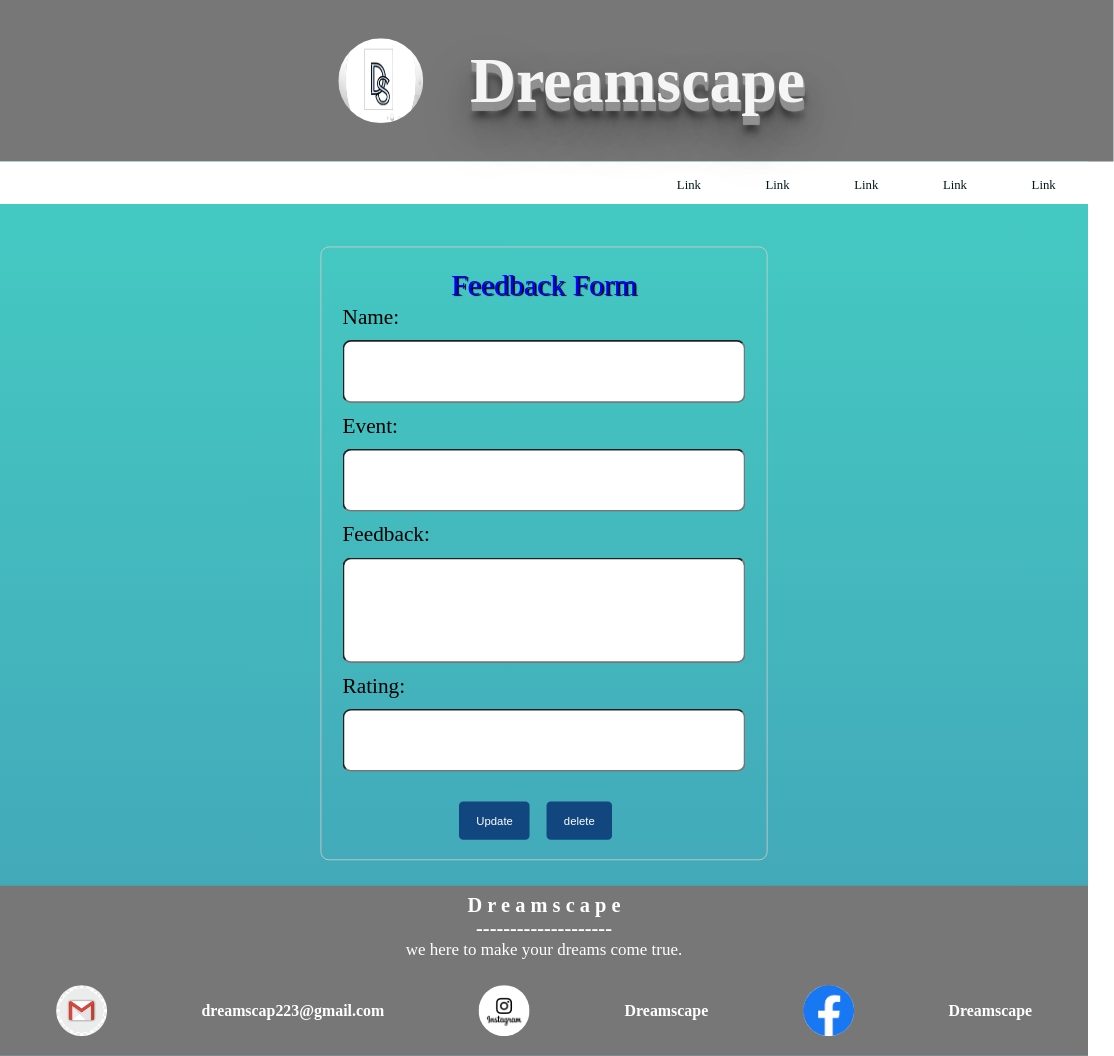
Repository: Dulankayapa/2ndyearoopprojrct
Page: http://localhost/feedback/Success.jsp
An editor plug-in stored every save of this project. The page is shown before and after the next save, followed by the edit.
The browser window is 1280 px wide. The page is 1310 px wide, so the pictures cover 1310 px, including what lies to the right of the window. The pictures show the whole page, at 85% of full size.
The page is served by Tomcat 9. Nobody is signed in. The application's start-up code is not run. Other server files are loaded and not shown.

Above is the page before, as saved 2023-10-21 15:52:04.

### feedback/src/main/webapp/Success.jsp
<%@ page language="java" contentType="text/html; charset=ISO-8859-1"
	pageEncoding="ISO-8859-1"%>
<!DOCTYPE html>
<html>
<head>
<title>Feedback Form</title>
<style>
* {
	margin: 0;
	padding: 0;
}

body {
	font-family: "Times New Roman", serif;
	background-image: linear-gradient(to bottom, #45d3c5, rgb(66, 161, 183));
	background-repeat: no-repeat;
	background-size: cover;
	width: 100vw;
}

/*header*/
.header {
	padding: 10px 15px;
	width: 100%;
	font-size: 50px;
	height: 170px;
	justify-content: center;
	background-color: #777;
	display: flex;
	align-items: center;
	color: #f5f5f5;
	text-shadow: 1px 1px 1px #919191, 1px 2px 1px #919191, 1px 3px 1px
		#919191, 1px 4px 1px #919191, 1px 5px 1px #919191, 1px 6px 1px #919191,
		1px 7px 1px #919191, 1px 8px 1px #919191, 1px 9px 1px #919191, 1px
		10px 1px #919191, 1px 18px 6px rgba(16, 16, 16, 0.4), 1px 22px 10px
		rgba(16, 16, 16, 0.2), 1px 25px 35px rgba(16, 16, 16, 0.2), 1px 30px
		60px rgba(16, 16, 16, 0.4);
	display: flex;
	align-items: center;
}

.imge {
	padding: 5px 5px;
	border-radius: 50%;
	margin-left: 30px;
	margin-right: 50px;
}

/* navigation bar */
.topnav {
	overflow: hidden;
	background-color: white;
	height: 50px;
	list-style-type: none;
	margin: 0px;
	width: 100%;
}
/*  topnav links style */
.topnav a {
	float: right;
	display: block;
	color: #011719;
	text-align: center;
	text-decoration: none;
	padding: 14px 18px;
	margin: 5px 20px;
	font-size: 15px;
}

/* Change color on hover */
.topnav a:hover {
	background-color: #072326;
	color: white;
}

/* topic styel*/
h1 {
	font-family: Times New Roman;
	font-weight: bolder;
	font-size: 45px;
	padding-top: 50px;
	padding-left: 30px;
	margin-left: 20px;
	text-align: left;
	text-transform: capitalize;
	color: #f5f5f5;
	text-align: left;
}

.maincon {
	display: flex;
	justify-content: center;
}

.container {
	max-width: 500px;
	margin-top: 50px;
	padding: 25px;
	border: 1px solid #ccc;
	border-radius: 10px;
	font-size: 25px;
	height: 670px;
}

label, input, textarea {
	display: flex;
	margin-bottom: 10px;
	width: 450px;
	padding-top: 3px;
	border-radius: 10px;
}

input {
	height: 50px;
	padding: 10px;
}

input {
	padding: 10px;
}

label {
	padding-bottom: 3px;
}

button {
	background-color: #12467e;
	color: #ffffff;
	border: none;
	padding: 15px 20px;
	border-radius: 5px;
	cursor: default;
	text-align: center !important;
	margin-top: 25px;
}

button:hover {
	background-color: #0d2f5a;
}

button a {
	color: white;
}

/* Style the footer */
footer {
	height: 170px;
	padding: 10px;
	text-align: center;
	color: white;
	background-color: #777;
	margin-top: 30px;
	padding-top: 10px;
	padding-bottom: 20px;
}

footer img {
	border-radius: 50%;
}

footer p {
	font-size: 20px;
	margin-bottom: 30px;
}

.footcon {
	display: flex;
	align-items: center;
	justify-content: space-around;
	justify-items: center;
}

.imgbox {
	display: flex;
	flex-direction: column;
	justify-items: center;
}
</style>
</head>
<body>

	<div class="header">
		<img class="imge" src="logo1.png" width="100px" height="100px">
		<h2>Dreamscape</h2>
	</div>
	<div class="topnav">
		<a href="#">Link</a> <a href="#">Link</a> <a href="#">Link</a> <a
			href="#">Link</a> <a href="#">Link</a>
	</div>

	<div class="maincon">
		<div class="container">

			<p
				style="text-align: center; color: blue; font-size: 35px; text-shadow: 2px 1px 1px #060606">Feedback
				Form</p>

			<form action="#" method="post">

				<c:set var="name" value="${name}" />
				<c:set var="event" value="${event}" />
				<c:set var="feedback" value="${feedback}" />
				<c:set var="rating" value="${rating}" />

				<!-- update inserted data -->
				<c:url value="updatefb.jsp" var="updatefb">

					<c:param name="name" value="${name}" />
					<c:param name="event" value="${event}" />
					<c:param name="feedback" value="${feedback}" />
					<c:param name="rating" value="${rating }" />

				</c:url>

				<!-- Delete inserted data -->
				<c:url value="fbdelete.jsp" var="fbdelete">
					<c:param name="name" value="${name}" />
					<c:param name="event" value="${event}" />
					<c:param name="feedback" value="${feedback}" />
					<c:param name="rating" value="${rating }" />

				</c:url>



				<label for="name">Name:</label> <input type="text" readonly id="name"
					name="name" value="${name }" /> <label for="event">Event:</label>
				<input type="text" readonly id="event" name="event" value="${event }" /> <label
					for="message">Feedback:</label> <input type="text" readonly
					style="height: 100px;" name="feedback" value="${feedback }">

				<label for="rating">Rating:</label> <input type="text" readonly id="rating"
					name="rating" value="${rating }" />


				<div style="display: flex; justify-content: center;">
					<a href="${updatefb}">
						<button type="button" style="margin-right: 20px">Update</button>
					</a> <a href="${fbdelete}">
						<button type="button" style="margin-right: 20px">delete</button>
					</a>
				</div>
			</form>
		</div>
	</div>


	<div>
		<footer>
			<h2>
				D r e a m s c a p e <br />--------------------
			</h2>

			<p>we here to make your dreams come true.</p>
			<div class="footcon">
				<img class="image" src="mail.jpg" width="60px" height="60px" />
				<h3>dreamscap223@gmail.com</h3>
				<img class="image" src="inster.jpg" width="60px" height="60px" />
				<h3>Dreamscape</h3>
				<img class="image" src="fb.png" width="60px" height="60px" />
				<h3>Dreamscape</h3>
			</div>
		</footer>

	</div>
</body>
</html>

After the next save:
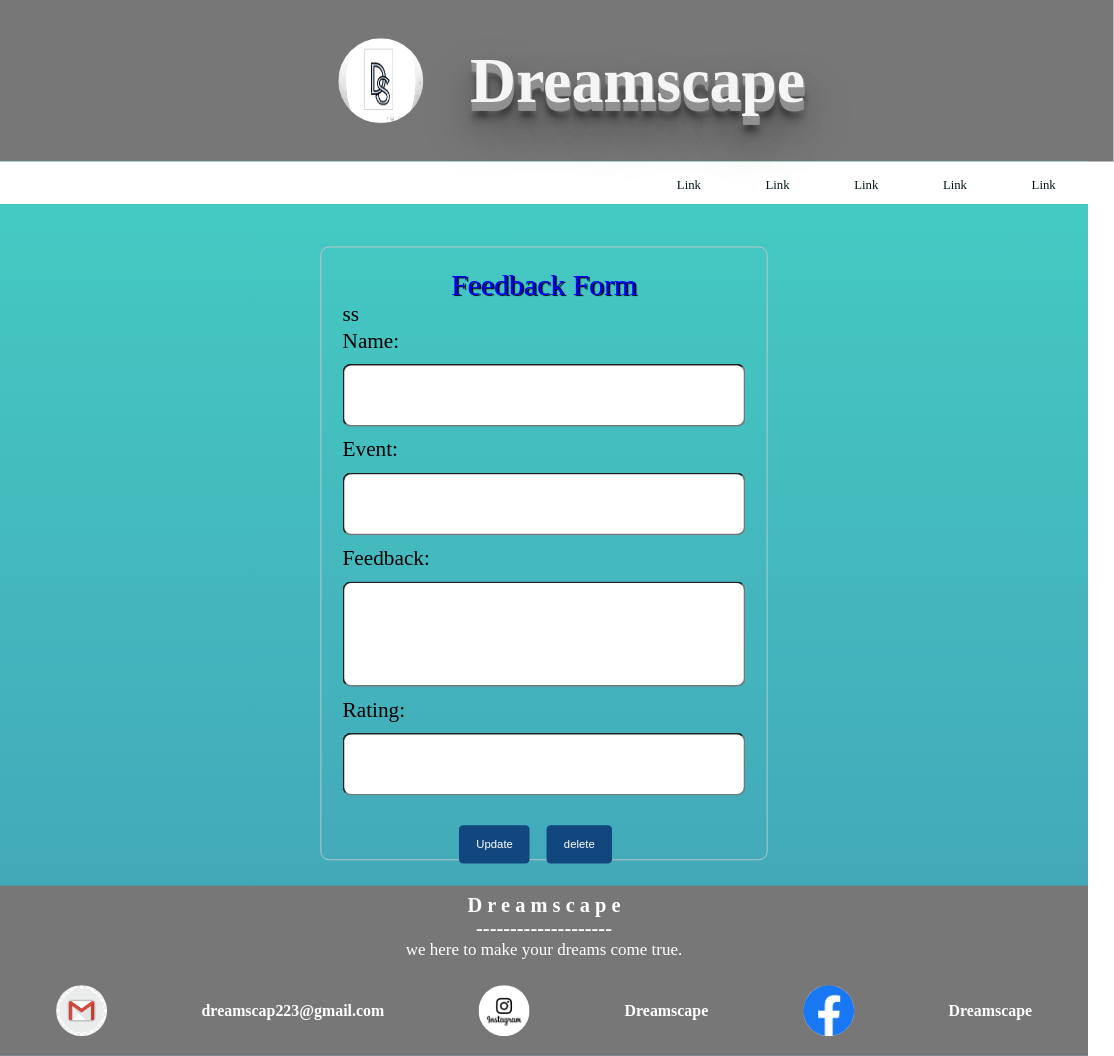
Saved 5 min 44 s later.
--- a/feedback/src/main/webapp/Success.jsp
+++ b/feedback/src/main/webapp/Success.jsp
@@ -197,7 +197,7 @@
 
 			<form action="#" method="post">
 
-				<c:set var="name" value="${name}" />
+				<c:set var="name" value="${name}" />ss
 				<c:set var="event" value="${event}" />
 				<c:set var="feedback" value="${feedback}" />
 				<c:set var="rating" value="${rating}" />
@@ -234,7 +234,7 @@
 
 
 				<div style="display: flex; justify-content: center;">
-					<a href="${updatefb}">
+					<a href="updatefb?id=">
 						<button type="button" style="margin-right: 20px">Update</button>
 					</a> <a href="${fbdelete}">
 						<button type="button" style="margin-right: 20px">delete</button>

After the save that followed:
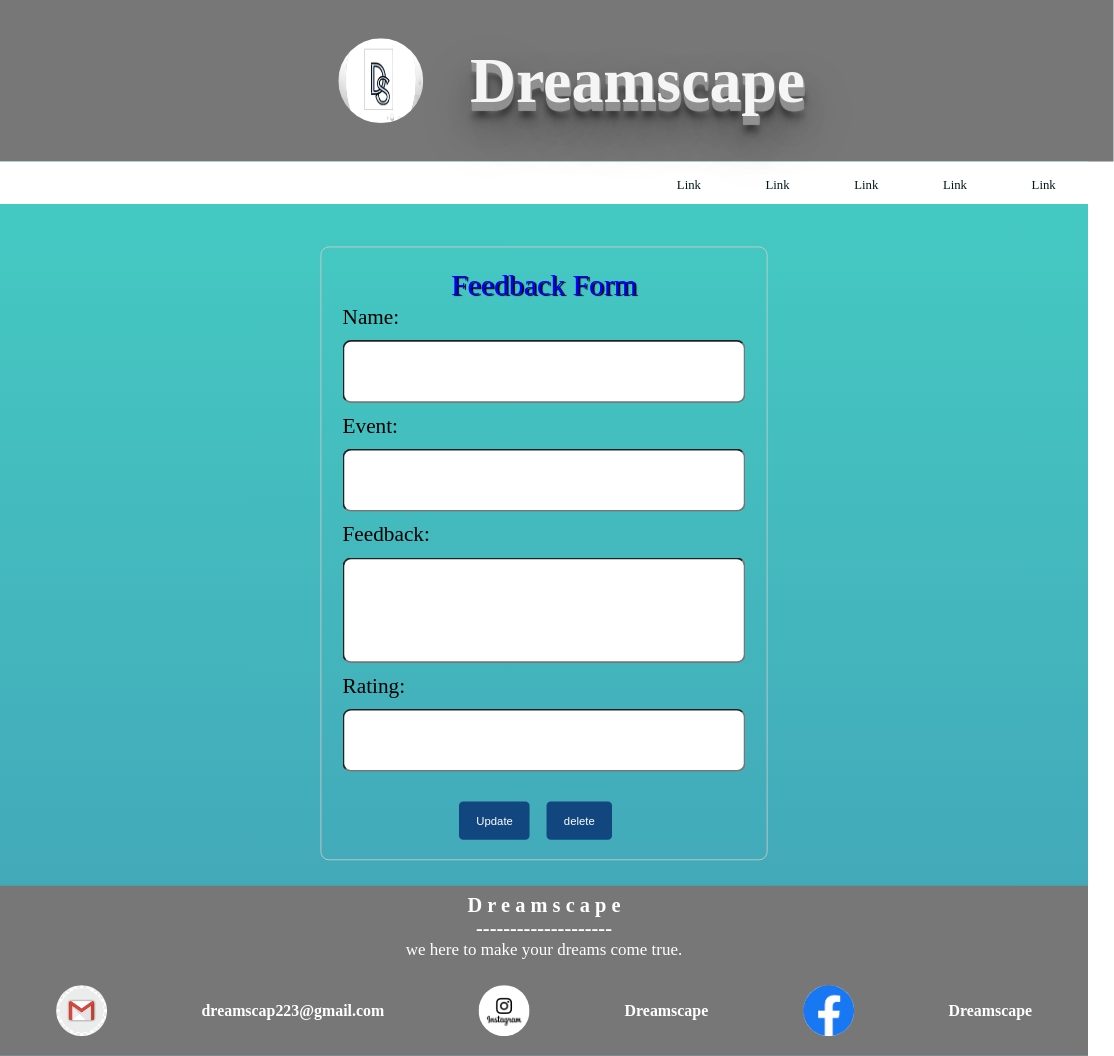
Saved 98 s later.
--- a/feedback/src/main/webapp/Success.jsp
+++ b/feedback/src/main/webapp/Success.jsp
@@ -197,7 +197,7 @@
 
 			<form action="#" method="post">
 
-				<c:set var="name" value="${name}" />ss
+				<c:set var="name" value="${name}" />
 				<c:set var="event" value="${event}" />
 				<c:set var="feedback" value="${feedback}" />
 				<c:set var="rating" value="${rating}" />
